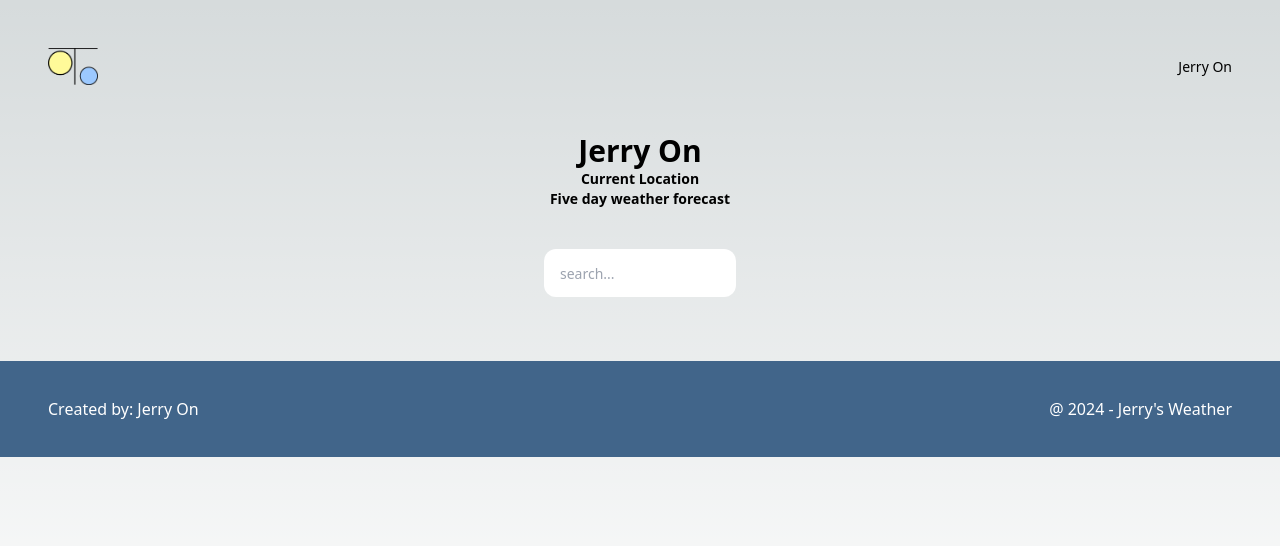
Repository: JerryWuOn/weatherAppMid
Page: /
An editor plug-in stored every save of this project. The page is shown before and after the next save, followed by the edit.
The browser window is 1280 px wide. The pictures show the whole page.
The project was rebuilt for these pictures with package versions that can differ from the ones it lists, and the page was loaded fresh each time. The framework's server and built-in components were replaced by stand-ins that run in the browser. Also part of the build but not shown: next.config.mjs.

Above is the page before, as saved 2024-02-12 19:15:33.

After the next save:
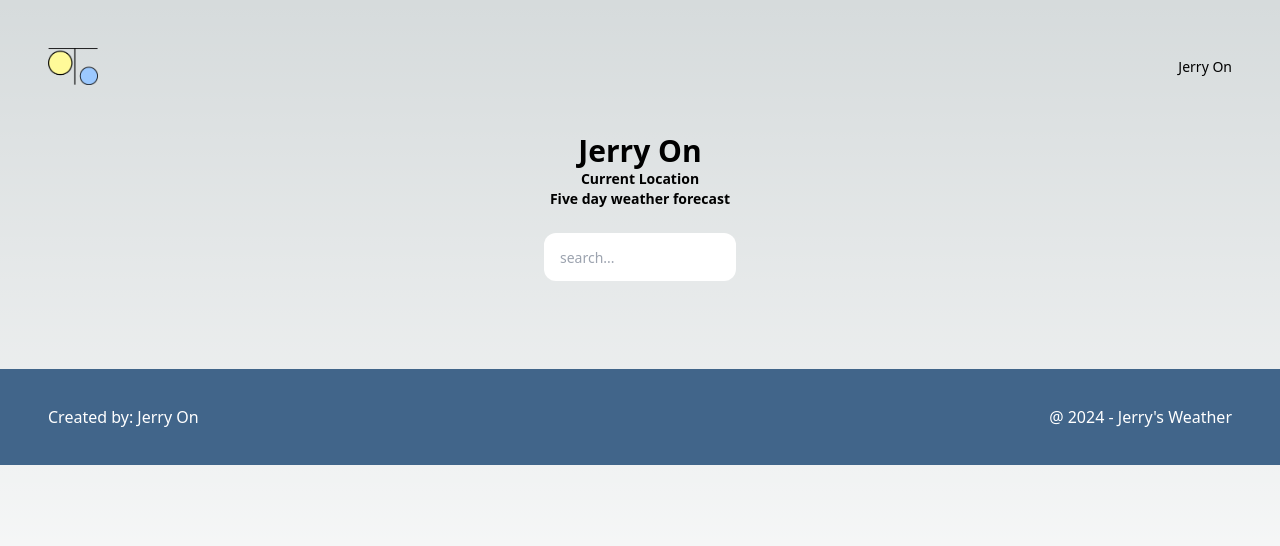
Saved 5 s later.
--- a/src/pages/index.tsx
+++ b/src/pages/index.tsx
@@ -63,7 +63,7 @@ export default function Home() {
           <div className="font-bold">Current Location</div>
           <div className="font-bold mb-6">Five day weather forecast</div>
           <form onSubmit={handleSubmit}>
-            <input className="rounded-xl h-12 w-48 p-4 mt-4" type="text" placeholder="search..." value={city} onChange={handleLocation}/>
+            <input className="rounded-xl h-12 w-48 p-4 mb-6" type="text" placeholder="search..." value={city} onChange={handleLocation}/>
           </form>
 
           {data && data.main && data.weather && data.wind && data.dt &&(
